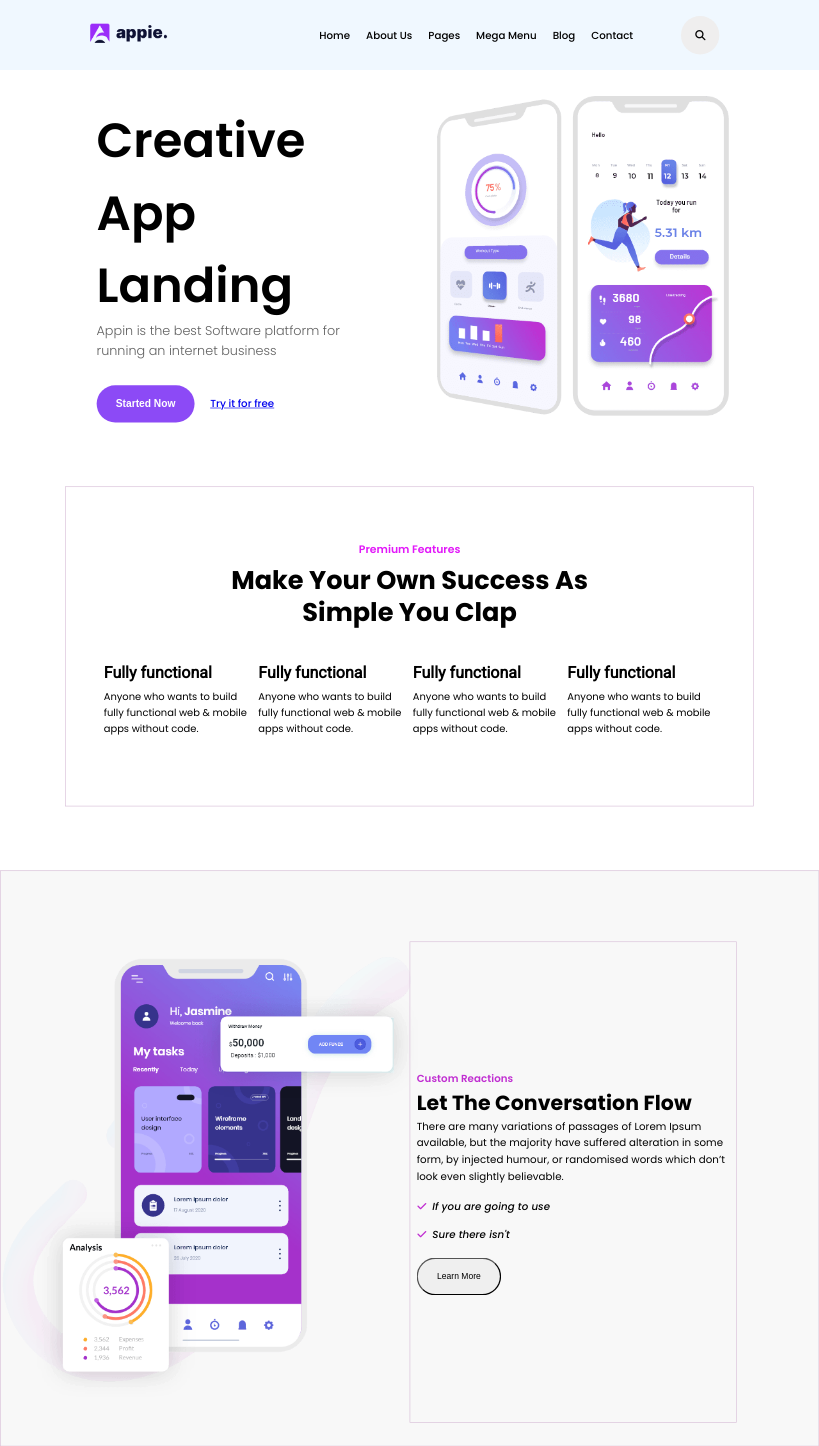
Repository: northpx/landingpage
Page: index.html
These files come from the project's save history. The page is drawn as it stood at one moment and after a run of saves; the edit follows.
The browser window is 1280 px wide. The pictures show the whole page, at 64% of full size.

Above is the page before, as saved 2022-12-28 16:08:23.

After the next 5 saves:
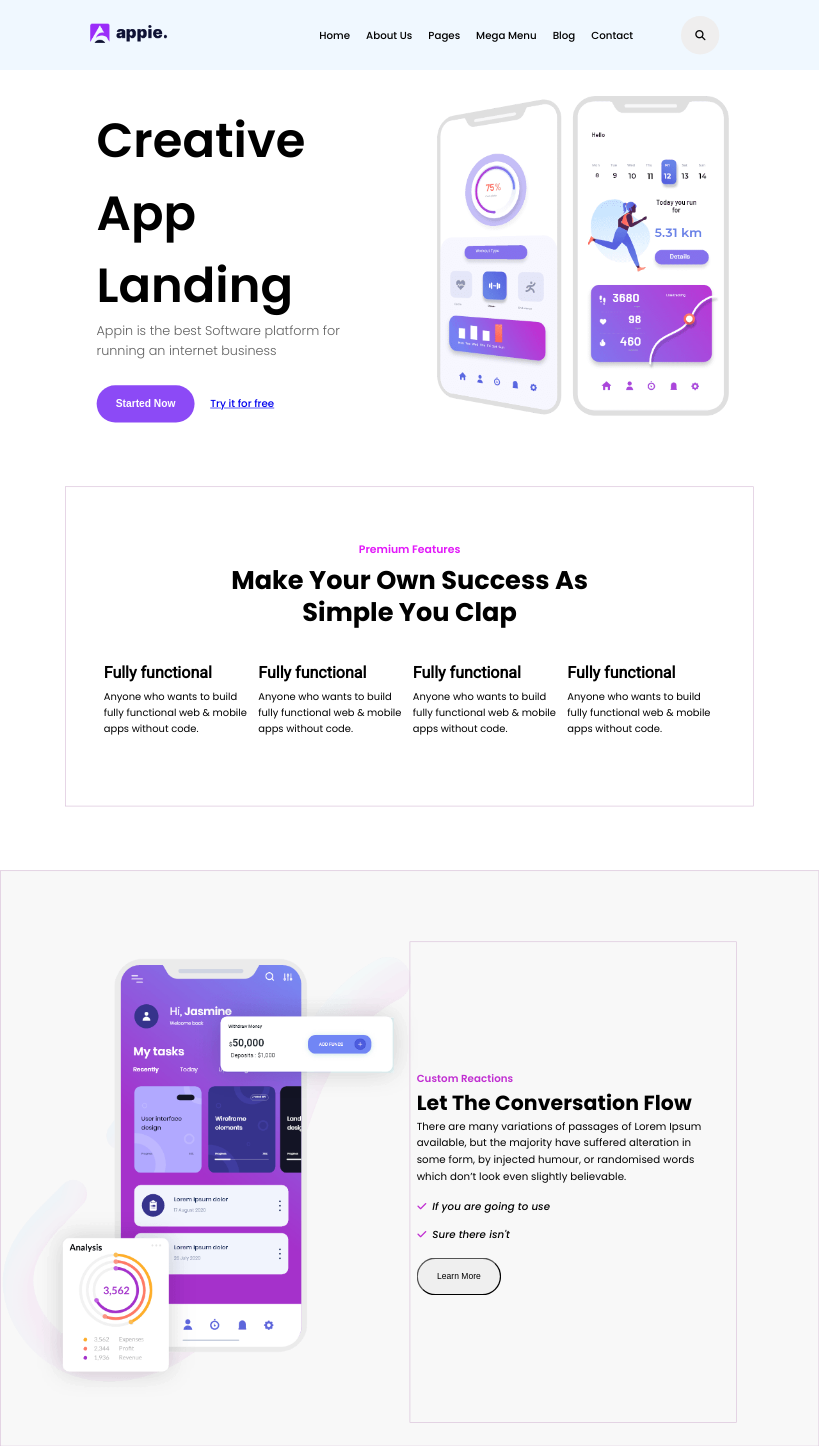
The 5 saves are shown as one change because they came seconds apart.
The last was saved 19 s later.
--- a/src/css/style.css
+++ b/src/css/style.css
@@ -276,5 +276,5 @@ h6{
 }
 .content3 p{
     line-height: 26px;
-
-}
+    padding-right: 40px;
+}
